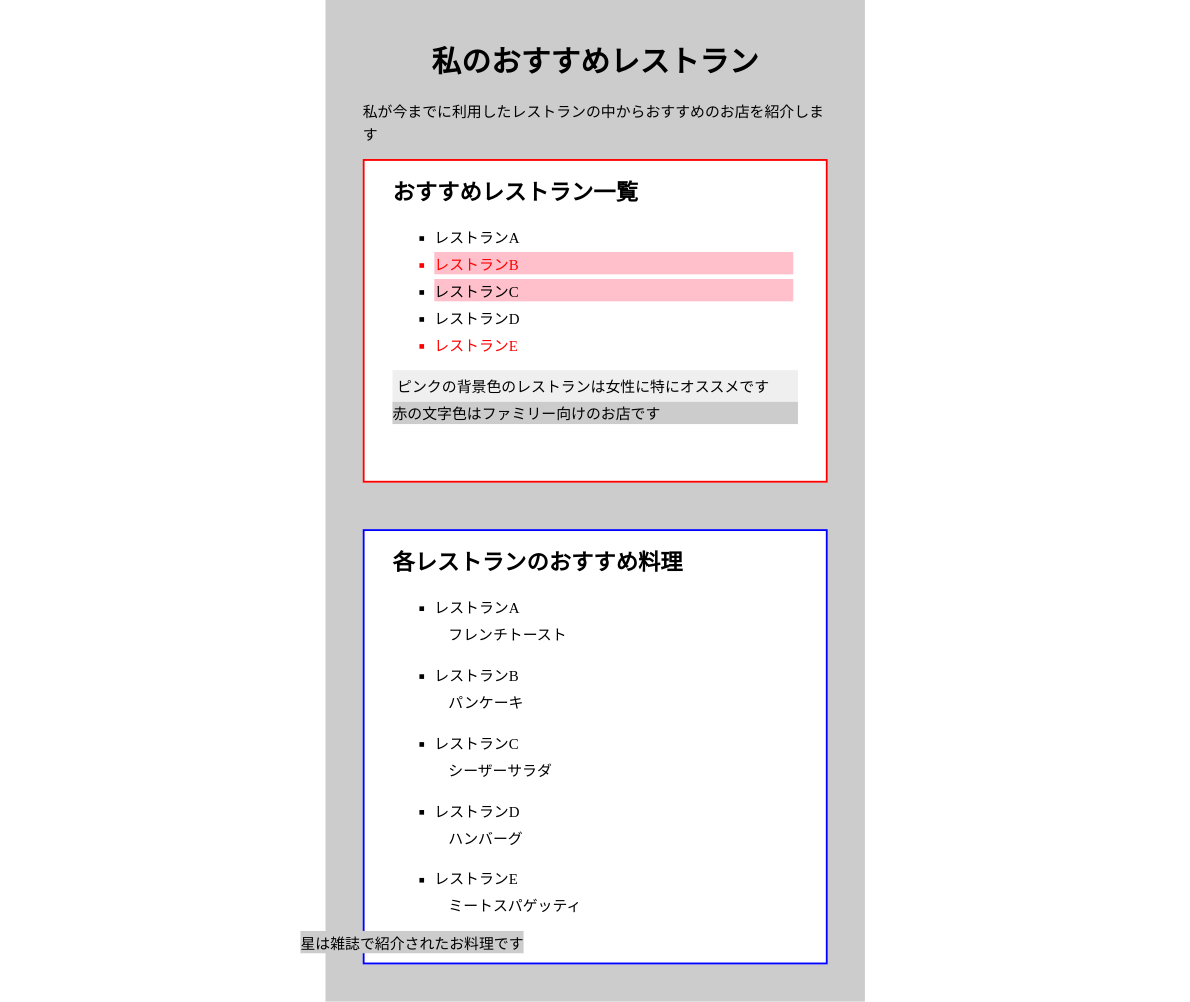
Repository: tsubasa2/restaurant
Page: 2021.2.html
The author's editor kept a record of every edit. The page is drawn from the files as they stood at one moment, then again after the next edit.
The browser window is 1280 px wide. The pictures show the whole page, at 93% of full size.

Above is the page before.

### 2021.2.html
<!DOCTYPE html>
<html lang="ja">
    <head>
        <meta charset="UTF-8">
        <title>私のおすすめレストラン</title>
        <link rel="stylesheet" href="style.css">
    </head>
    <body>
        <div id="wrapper">
            <h1>私のおすすめレストラン</h1>
            <p>私が今までに利用したレストランの中からおすすめのお店を紹介します</p>
            <div id="restraunt-list">
                <h2>おすすめレストラン一覧</h2>
                <ul>
                    <li>レストランA</li>
                    <li class="red bg-pink">レストランB</li>
                    <li class="bg-pink">レストランC</li>
                    <li>レストランD</li>
                    <li class="red">レストランE</li>
                </ul>
                <div id="layout">
                    <p id="layout1">ピンクの背景色のレストランは女性に特にオススメです</p>
                    <p id="layout2">赤の文字色はファミリー向けのお店です</p>
                </div>
            </div>
            <div id="food-list">
                <h2>各レストランのおすすめ料理</h2>
                <div id="food">
                <ul>
                    <li>レストランA</li>
                    <p id="food1">フレンチトースト</p>
                    <li>レストランB</li>
                    <p id="food2">パンケーキ</p>
                    <li>レストランC</li>
                    <p id="food3">シーザーサラダ</p>
                    <li>レストランD</li>
                    <p id="food4">ハンバーグ</p>
                    <li>レストランE</li>
                    <p id="food5">ミートスパゲッティ</p>
                </ul>
                </div>
            </div>
            <div id="sentence">
                <p id="sentence">星は雑誌で紹介されたお料理です</p>
            </div>
        </div>
    </body>
</html>

### style.css
@charset "utf-8";
body {
    /*background-color: black;*/
    height: 100vh;
    margin: 0;
}

div#wrapper {
    background-color: #ccc;
    width: 500px;
    margin: 0 auto;
    padding: 40px;
}

h1 {
    margin-top: 0px;
    text-align: center;
}

div#restraunt-list {
    border: solid 2px red;
    height: 300px;
    background-color: white;
    padding: 30px;
    padding-top: 14px;
}

h2 {
    margin-top: 0;
}

ul {
    list-style-type: square;
}

.red{
    color: red;
}
.bg-pink{
    background-color: pink;
}

li {
    margin: 5px;
}
p#layout1 {
    margin: 0;
    background-color: #cccccc4f;
    padding: 5px;
}


p#layout2 {
    margin: 0;
    background-color: #ccc;
}

div#food-list {
    margin-top: 50px;
    border: solid 2px blue;
    background-color: white;
    padding: 30px;
    padding-top: 14px;
}

p#food1 {
    margin: 0px;
    margin-bottom: 20px;
    position: relative;
    left: 20px;
}

p#food2 {
    margin: 0px;
    margin-bottom: 20px;
    position: relative;
    left: 20px;
}

p#food3 {
    margin: 0px;
    margin-bottom: 20px;
    position: relative;
    left: 20px;
}

p#food4 {
    margin: 0px;
    margin-bottom: 20px;
    position: relative;
    left: 20px;
}

p#food5 {
    margin: 0px;
    margin-bottom: 20px;
    position: relative;
    left: 20px;
}


p#sentence {
    background-color: #ccc;
    position: absolute;
    left: 323px;
    top: 985px;
}

After the next edit:
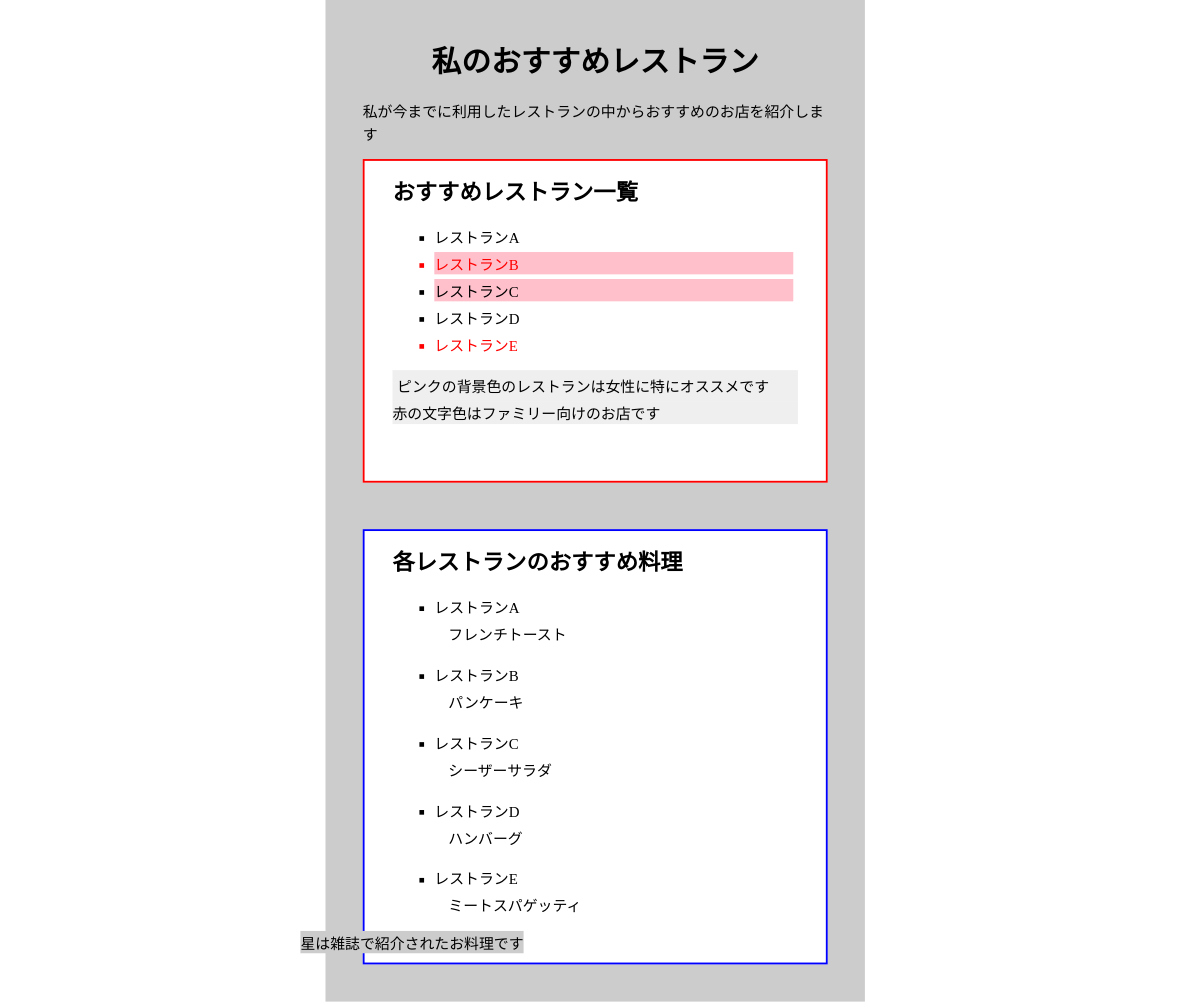
The edit:
--- a/style.css
+++ b/style.css
@@ -52,7 +52,7 @@
 
 p#layout2 {
     margin: 0;
-    background-color: #ccc;
+    background-color: #cccccc4f;
 }
 
 div#food-list {
